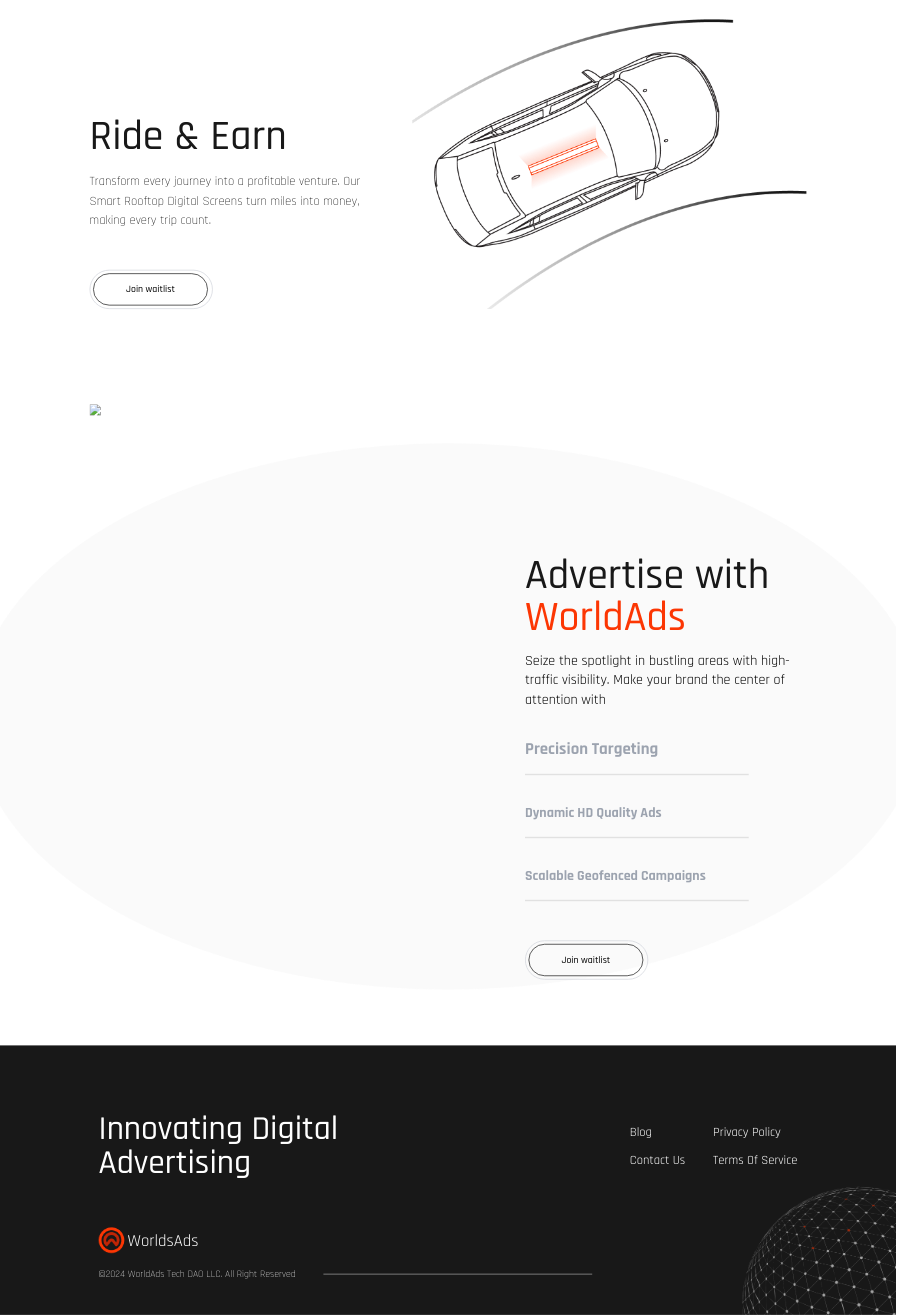
Repository: Abdul-Hannan232/worldAds
Page: /
These files come from the project's save history. The page is drawn as it stood at one moment and after the next save; the edit follows.
The browser window is 1280 px wide. The page is 1283 px wide, so the pictures cover 1283 px, including what lies to the right of the window. The pictures show the part of the page from y = 2099 to 3979 px (the page is 3979 px tall before and 3879 px after), at 70% of full size.
The project was rebuilt for these pictures with package versions that can differ from the ones it lists, and the page was loaded fresh each time. The framework's server and built-in components were replaced by stand-ins that run in the browser. Also part of the build but not shown: next.config.mjs, app/component/NavContent.jsx.

Above is the page before, as saved 2024-05-10 15:47:19.

After the next save:
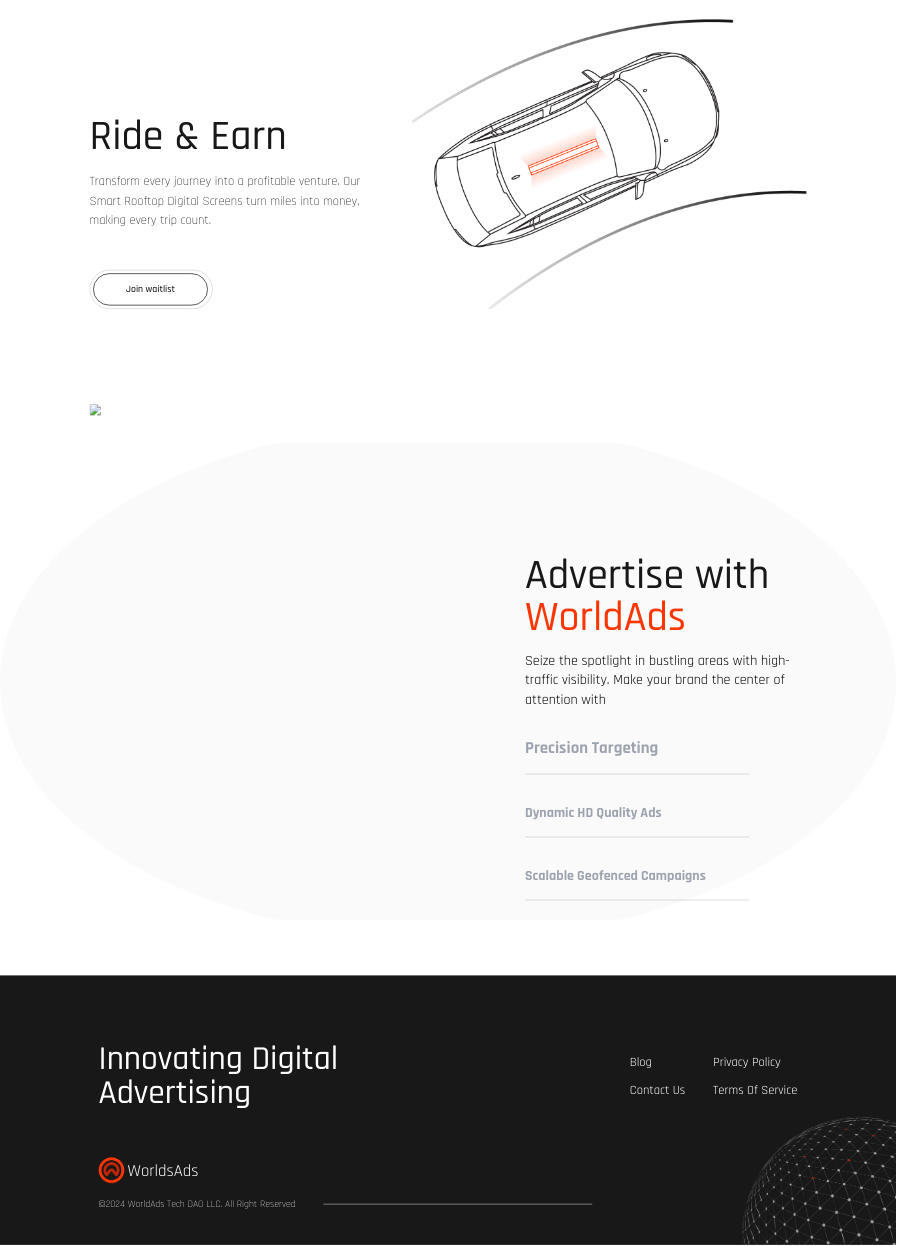
Saved 38 s later.
--- a/app/component/advertise.jsx
+++ b/app/component/advertise.jsx
@@ -30,7 +30,7 @@
           <h1 className="xl:text-6xl text-5xl 2xl:text-8xl lg:text-start text-center font-medium text-[#181818]">Advertise with</h1>
           <h1 className="xl:text-6xl text-5xl 2xl:text-8xl lg:text-start text-center font-medium text-[#FC3603]">WorldAds</h1>
           <p className="xl:text-xl lg:text-lg text-sm 2xl:text-2xl lg:w-[400px] 2xl:w-[600px] mt-4 lg:text-start text-center text-[#030303]">Seize the spotlight in bustling areas with high-traffic visibility. Make your brand the center of attention with</p>
-          <div className="h-[400px] overflow-scroll body">
+          <div className="h-[300px] overflow-scroll body">
             <div className="flex items-center lg:justify-start justify-center w-full gap-5 mt-10">
               <h1
                 onClick={precisionOpen}
